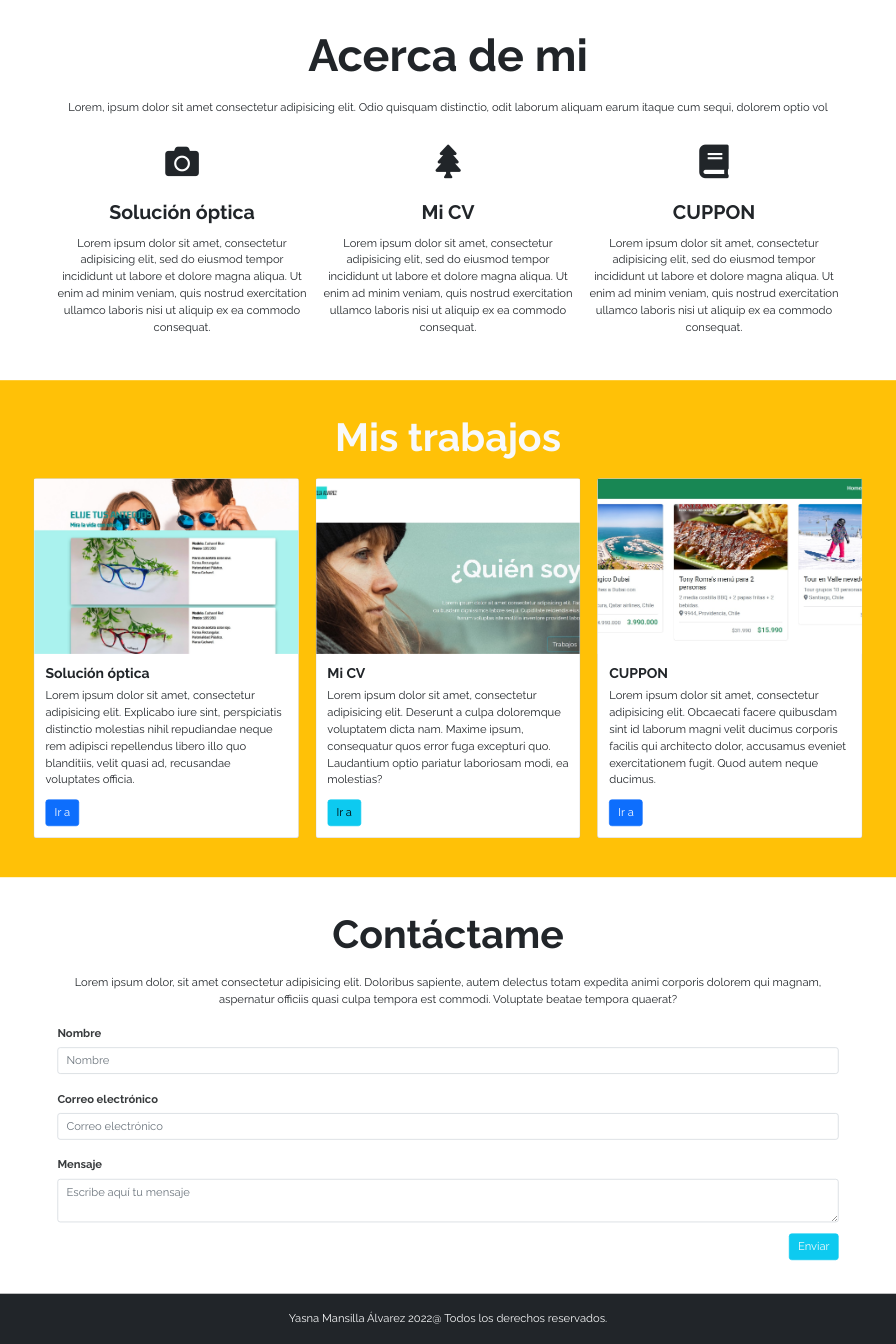
Repository: Yasna2112/Portafolio-final
Page: index.html
An editor plug-in stored every save of this project. The page is shown before and after the next save, followed by the edit.
The browser window is 1280 px wide. The pictures show the part of the page from y = 703 to 2623 px (the page is 2623 px tall), at 70% of full size.
Some web libraries are served in a nearby version.

Above is the page before, as saved 2022-07-23 07:45:52.

After the next save:
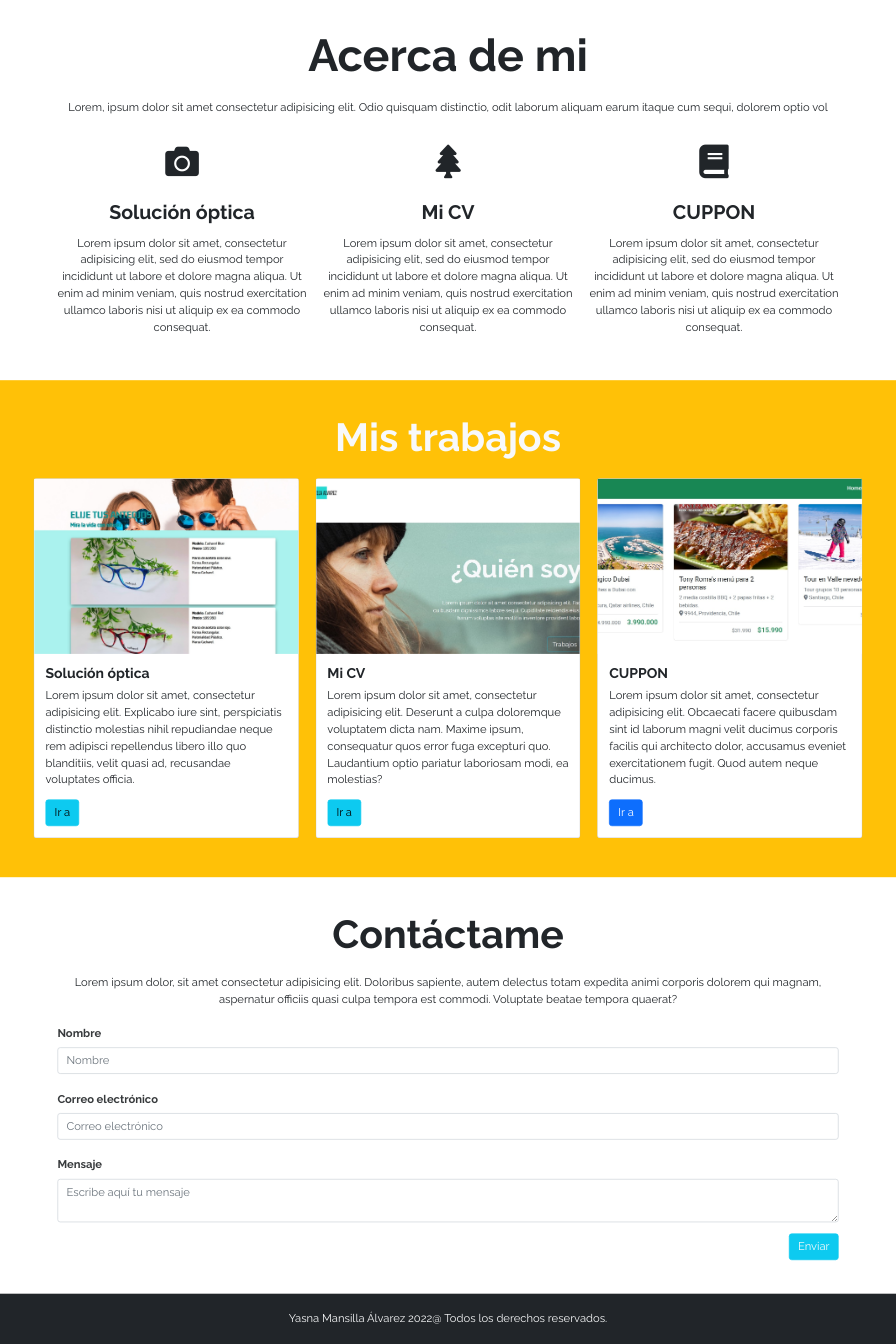
Saved 11 s later.
--- a/index.html
+++ b/index.html
@@ -126,7 +126,7 @@
                             repudiandae neque rem adipisci repellendus libero illo quo
                             blanditiis, velit quasi ad, recusandae voluptates officia.
                         </p>
-                        <a href="https://github.com/Yasna2112/Portafolio_Optica" class="btn btn-primary enabled" tabindex="-1" role="button"
+                        <a href="https://github.com/Yasna2112/Portafolio_Optica" class="btn btn-info enabled" tabindex="-1" role="button"
                         aria-disabled="true">Ir a</a>
 
                     </div>
